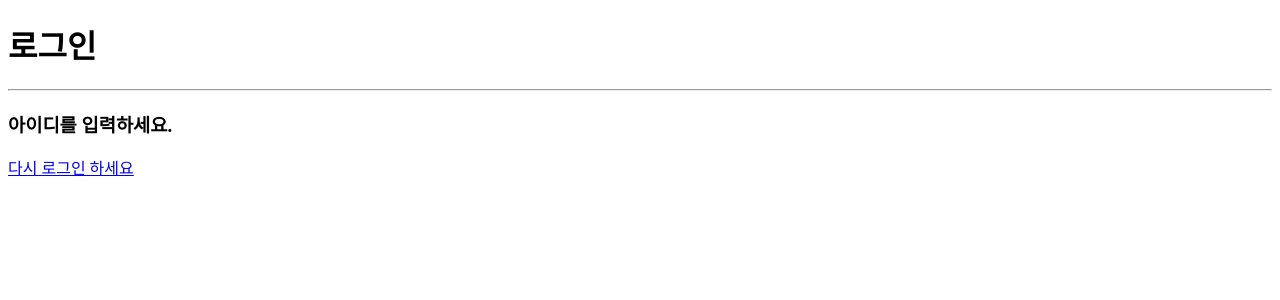
Repository: jsb5589/JAVAStudy
Page: http://localhost/JSP02/login4.jsp
An editor plug-in stored every save of this project. The page is shown before and after the next save, followed by the edit.
The browser window is 1280 px wide. The pictures show the whole page.
The page is served by Tomcat 9.

Above is the page before, as saved 2021-08-12 00:21:02.

After the next save:
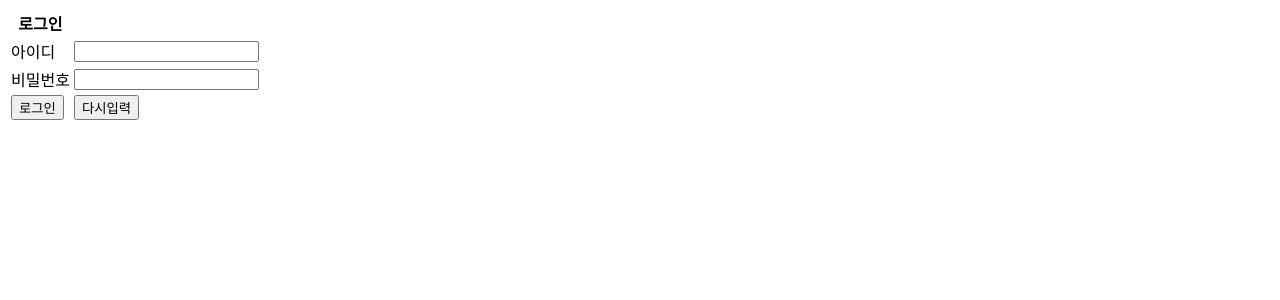
Saved 42 s later.
--- a/EZWebs/JSP02/src/main/webapp/login4.jsp
+++ b/EZWebs/JSP02/src/main/webapp/login4.jsp
@@ -1,38 +1,31 @@
 <%@ page language="java" contentType="text/html; charset=UTF-8"
     pageEncoding="UTF-8"%>
 
-<%
-	request.setCharacterEncoding("utf-8");
-	String userid = request.getParameter("userid");
-	String userpw = request.getParameter("userpw");
-%>
 <!DOCTYPE html>
 <html>
 <head>
-<meta charset="UTF-8">
-<title>Login JSP</title>
+	<meta charset="UTF-8">
+	<title>로그인</title>
 </head>
 <body>
-	<h1>로그인</h1>
-	<hr>
-	<%if(userid == null || userid.length() == 0) {%>
-	<h3>아이디를 입력하세요.</h3>
-	<a href="login2.html">다시 로그인 하세요</a>
-	<%} else {
-				if(userid.equals("manager")){
-	%>
-	<h2>매니저로 로그인 했습니다.</h2>
-	<form>
-		<input type='button' value='정보수정'/>
-		<input type='button' value='정보삭제'/>
+	<form name="login" method="post" action="login.jsp">
+		<table>
+			<th>로그인</th>
+			<tr>
+				<td>아이디</td>
+				<td><input type="text" name="userid"></td>
+			</tr>
+
+			<tr>
+				<td>비밀번호</td>
+				<td><input type="password" name="userpw"></td>
+			</tr>
+
+			<tr>
+				<td><input type="submit" value="로그인"></td>
+				<td><input type="reset" value="다시입력"></td>
+			</tr>
+		</table>
 	</form>
-	<%
-		}
-		else{
-	%>
-	<h3>환영합니다.</h3>
-	<h3><%=userid%>님</h3>
-	<%}
-		}%>
 </body>
 </html>
